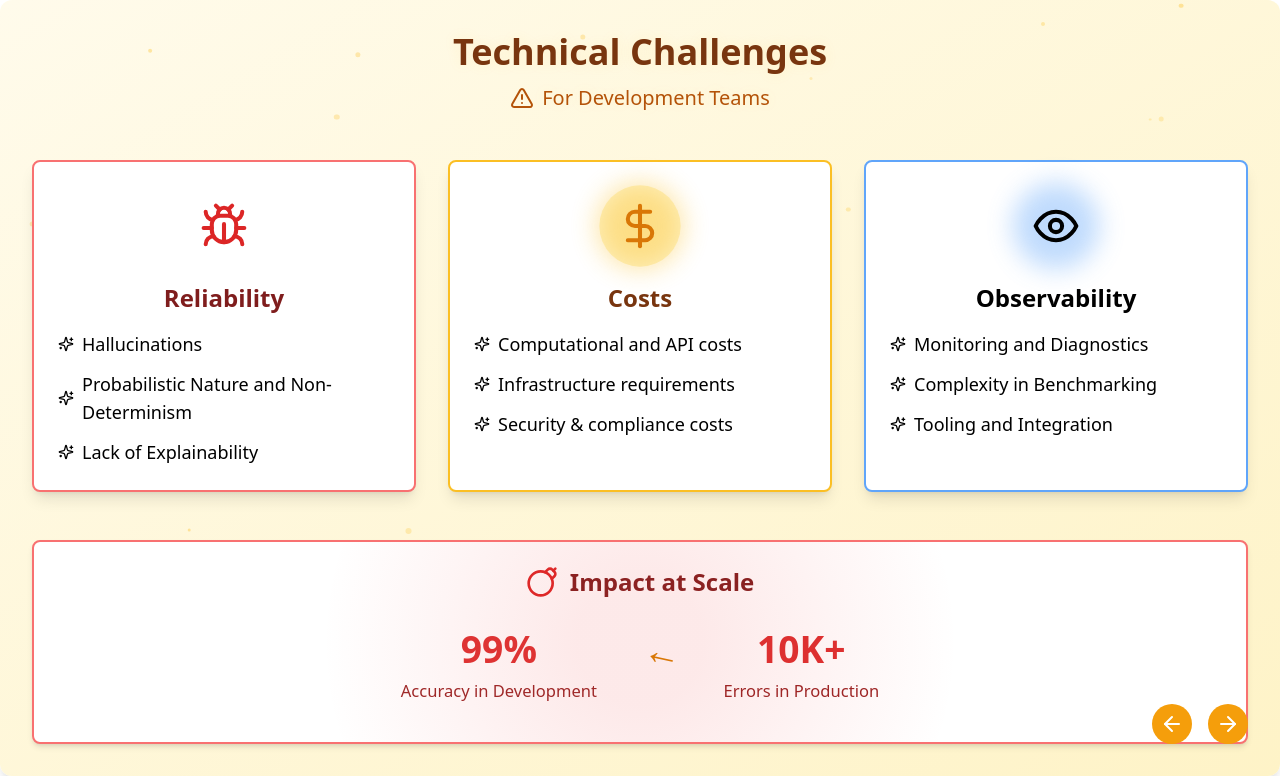
Repository: Galbaz1/dell_presentation
Page: /slide4
The author's editor kept a copy of each file at every save. The page is drawn from the files as they stood at one save, then again after the next save.
The browser window is 1280 px wide. The pictures show the whole page.
The project was rebuilt for these pictures with package versions that can differ from the ones it lists, and the page was loaded fresh each time. The framework's server and built-in components were replaced by stand-ins that run in the browser. Also part of the build but not shown: styles/animations/slide1.css, styles/animations/slide2.css.

Above is the page before, as saved 2024-11-13 13:00:50.

### pages/_app.tsx
import '../styles/globals.css'
import '../styles/animations/slide1.css'
import '../styles/animations/slide2.css'
import type { AppProps } from 'next/app'

function MyApp({ Component, pageProps }: AppProps) {
  return <Component {...pageProps} />
}

export default MyApp

### pages/slide4.tsx
import React, { useState, useEffect, useCallback } from 'react';
import { ArrowRight, ArrowLeft, Bug, Zap, Eye, AlertTriangle, DollarSign, Bomb, Gauge, Sparkles } from 'lucide-react';
import Link from 'next/link';
import { motion, AnimatePresence } from 'framer-motion';
import { useRouter } from 'next/router';

const Slide4: React.FC = () => {
  const router = useRouter();
  const [selectedChallenge, setSelectedChallenge] = useState<number | null>(null);
  const [hoveredChallenge, setHoveredChallenge] = useState<number | null>(null);

  const handleKeyDown = useCallback((event: KeyboardEvent) => {
    switch (event.key) {
      case 'ArrowLeft':
        router.push('/slide3');
        break;
      case 'ArrowRight':
        router.push('/slide5');
        break;
    }
  }, [router]);

  useEffect(() => {
    window.addEventListener('keydown', handleKeyDown);
    return () => window.removeEventListener('keydown', handleKeyDown);
  }, [handleKeyDown]);

  const challenges = [
    {
      icon: <Bug className="w-12 h-12" />,
      title: "Reliability",
      color: "red",
      items: [
        "Hallucinations",
        "Probabilistic Nature and Non-Determinism",
        "Lack of Explainability"
      ],
      animation: {
        hover: {
          scale: 1.05,
          rotate: [-1, 1, -1],
          transition: { duration: 0.3 }
        }
      }
    },
    {
      icon: <DollarSign className="w-12 h-12" />,
      title: "Costs",
      color: "amber",
      items: [
        "Computational and API costs",
        "Infrastructure requirements",
        "Security & compliance costs"
      ],
      animation: {
        hover: {
          scale: 1.05,
          y: [-2, 2, -2],
          transition: { duration: 0.3 }
        }
      }
    },
    {
      icon: <Eye className="w-12 h-12" />,
      title: "Observability",
      color: "blue",
      items: [
        "Monitoring and Diagnostics",
        "Complexity in Benchmarking",
        "Tooling and Integration"
      ],
      animation: {
        hover: {
          scale: 1.05,
          rotate: [0, 5, -5, 0],
          transition: { duration: 0.5 }
        }
      }
    }
  ];

  // Increase particle count and make them react to hover
  const particles = Array.from({ length: 30 }).map((_, i) => ({
    id: `particle-${i}`,
    x: Math.random() * 100,
    y: Math.random() * 100,
    size: Math.random() * 4 + 2,
    duration: Math.random() * 20 + 10,
    delay: Math.random() * 5
  }));

  const cardVariants = {
    initial: { y: 50, opacity: 0 },
    animate: (i: number) => ({
      y: 0,
      opacity: 1,
      transition: {
        duration: 0.5,
        delay: i * 0.6,
        ease: "easeOut"
      }
    }),
    hover: {
      y: -10,
      scale: 1.05,
      transition: {
        duration: 0.3,
        type: "spring",
        stiffness: 300
      }
    }
  };

  const particleVariants = {
    normal: {
      y: [0, -30, 0],
      x: [0, 15, 0],
      opacity: [0.2, 0.5, 0.2]
    },
    attracted: (index: number) => ({
      x: hoveredChallenge === null ? 0 : `${(index % 3 - 1) * 50}%`,
      y: hoveredChallenge === null ? 0 : `${(Math.floor(index / 3) % 3 - 1) * 50}%`,
      opacity: 0.6,
      scale: 1.5
    })
  };

  return (
    <div className="bg-gradient-to-br from-amber-50 to-amber-100 p-8 rounded-xl shadow-lg min-h-screen overflow-hidden relative">
      {/* Enhanced Floating Particles */}
      {particles.map((particle, i) => (
        <motion.div
          key={particle.id}
          className="absolute rounded-full bg-amber-400"
          style={{
            width: particle.size,
            height: particle.size,
            left: `${particle.x}%`,
            top: `${particle.y}%`,
            opacity: 0.2
          }}
          variants={particleVariants}
          animate={hoveredChallenge !== null ? "attracted" : "normal"}
          custom={i}
          transition={{
            duration: particle.duration,
            delay: particle.delay,
            repeat: Infinity,
            ease: "linear"
          }}
        />
      ))}

      {/* Header with glowing effect */}
      <motion.div
        className="mb-12 text-center relative"
        animate={{
          textShadow: ["0 0 10px rgba(251, 191, 36, 0)", "0 0 20px rgba(251, 191, 36, 0.3)", "0 0 10px rgba(251, 191, 36, 0)"]
        }}
        transition={{ duration: 2, repeat: Infinity }}
      >
        <h1 className="text-4xl font-bold text-amber-900 mb-3">Technical Challenges</h1>
        <p className="text-xl text-amber-700 flex items-center justify-center">
          <AlertTriangle className="w-6 h-6 mr-2" />
          For Development Teams
        </p>
      </motion.div>

      {/* Challenge Cards with Enhanced Interactions */}
      <div className="grid grid-cols-1 md:grid-cols-3 gap-8 mb-12 relative">
        {challenges.map((challenge, index) => (
          <motion.div
            key={challenge.title}
            className={`bg-white p-6 rounded-lg shadow-lg border-2
                        ${challenge.color === 'red' ? 'border-red-400' :
                          challenge.color === 'amber' ? 'border-amber-400' :
                          'border-blue-400'}
                        cursor-pointer transform transition-all duration-300 relative`}
            variants={cardVariants}
            custom={index}
            initial="initial"
            animate="animate"
            whileHover="hover"
            onClick={() => setSelectedChallenge(index)}
            onHoverStart={() => setHoveredChallenge(index)}
            onHoverEnd={() => setHoveredChallenge(null)}
          >
            {/* Glow effect on hover */}
            <motion.div
              className={`absolute inset-0 bg-${challenge.color}-200 rounded-lg filter blur-xl`}
              initial={{ opacity: 0 }}
              animate={{ opacity: hoveredChallenge === index ? 0.3 : 0 }}
            />

            <motion.div
              className={`w-20 h-20 rounded-full bg-${challenge.color}-100
                         flex items-center justify-center mb-4 mx-auto relative`}
              animate={{
                rotate: hoveredChallenge === index ? [0, 360] : 0,
                scale: [1, 1.1, 1]
              }}
              transition={{ duration: 3, repeat: Infinity }}
            >
              {/* Add glowing effect behind icon */}
              <motion.div
                className={`absolute inset-0 bg-${challenge.color}-400 rounded-full filter blur-md`}
                animate={{
                  scale: [1, 1.2, 1],
                  opacity: [0.3, 0.6, 0.3]
                }}
                transition={{ duration: 2, repeat: Infinity }}
              />
              <div className={`text-${challenge.color}-600 relative`}>
                {challenge.icon}
              </div>
            </motion.div>

            <motion.h2
              className={`text-2xl font-bold text-${challenge.color}-900 text-center mb-4`}
              animate={{ scale: selectedChallenge === index ? [1, 1.1, 1] : 1 }}
              transition={{ duration: 0.3 }}
            >
              {challenge.title}
            </motion.h2>

            <ul className="space-y-3">
              {challenge.items.map((item, i) => (
                <motion.li
                  key={i}
                  className="flex items-center text-lg"
                  initial={{ x: -10, opacity: 0 }}
                  animate={{ x: 0, opacity: 1 }}
                  transition={{
                    delay: index * 0.6 + 0.3 + (i * 0.1),  // Sync with parent card delay (0.6) + slight offset
                    duration: 0.3
                  }}
                >
                  <Sparkles className="w-4 h-4 mr-2 flex-shrink-0" />
                  {item}
                </motion.li>
              ))}
            </ul>
          </motion.div>
        ))}

        {/* Connecting lines between cards */}
        <svg
          className="absolute inset-0 w-full h-full pointer-events-none"
          style={{ zIndex: 0 }}
          viewBox="0 0 100 100"
        >
          <motion.path
            d="M 25% 50% L 75% 50%"
            stroke="rgba(251, 191, 36, 0.3)"
            strokeWidth="2"
            fill="none"
            initial={{ pathLength: 0 }}
            animate={{ pathLength: 1 }}
            transition={{ duration: 2, delay: 1 }}
          />
        </svg>
      </div>

      {/* Enhanced Impact Visualization */}
      <motion.div
        className="bg-white p-6 rounded-lg shadow-md border-2 border-red-400 mt-8 relative overflow-hidden"
        initial={{ opacity: 0, y: 50 }}
        animate={{ opacity: 1, y: 0 }}
        transition={{
          delay: 2.4,
          duration: 0.5
        }}
      >
        {/* Add dynamic background pattern */}
        <motion.div
          className="absolute inset-0 opacity-10"
          style={{
            backgroundImage: `radial-gradient(circle at 50% 50%, #ef4444 10%, transparent 50%)`
          }}
          animate={{
            scale: [1, 1.2, 1],
            opacity: [0.1, 0.2, 0.1]
          }}
          transition={{ duration: 3, repeat: Infinity }}
        />

        <div className="flex items-center justify-center mb-4">
          <Bomb className="w-8 h-8 text-red-600 mr-3" />
          <h2 className="text-2xl font-semibold text-red-900">Impact at Scale</h2>
        </div>
        <div className="flex items-center justify-center relative">
          <motion.div
            className="text-center p-4"
            animate={{
              scale: [1, 1.1, 1],
              opacity: [1, 0.8, 1]
            }}
            transition={{ duration: 2, repeat: Infinity }}
          >
            <div className="text-4xl font-bold text-red-600 mb-2">99%</div>
            <div className="text-red-800">Accuracy in Development</div>
          </motion.div>

          <motion.div
            className="mx-8 text-4xl text-amber-600"
            animate={{
              rotate: [0, 360],
              scale: [1, 1.2, 1]
            }}
            transition={{
              rotate: { duration: 4, repeat: Infinity },
              scale: { duration: 2, repeat: Infinity }
            }}
          >
            →
          </motion.div>

          <motion.div
            className="text-center p-4"
            animate={{
              scale: [1, 1.2, 1],
              opacity: [1, 0.7, 1]
            }}
            transition={{ duration: 3, repeat: Infinity }}
          >
            <div className="text-4xl font-bold text-red-600 mb-2">10K+</div>
            <div className="text-red-800">Errors in Production</div>
          </motion.div>
        </div>
      </motion.div>

      {/* Navigation */}
      <div className="absolute bottom-8 right-8 flex items-center space-x-4">
        <Link href="/slide3" className="bg-amber-500 hover:bg-amber-600 text-white p-2 rounded-full transition-colors">
          <ArrowLeft className="w-6 h-6" />
        </Link>
        <Link href="/slide5" className="bg-amber-500 hover:bg-amber-600 text-white p-2 rounded-full transition-colors">
          <ArrowRight className="w-6 h-6" />
        </Link>
      </div>
    </div>
  );
};

export default Slide4;

### styles/globals.css
@tailwind base;
@tailwind components;
@tailwind utilities;

@keyframes fallAndBounce {
  0% {
    transform: translateY(-100%) translateX(-50%);
  }
  70% {
    transform: translateY(140%) translateX(-50%);
  }
  75% {
    transform: translateY(130%) translateX(-50%);
  }
  80% {
    transform: translateY(135%) translateX(-50%);
  }
  85% {
    transform: translateY(128%) translateX(-50%);
  }
  90% {
    transform: translateY(132%) translateX(-50%);
  }
  100% {
    transform: translateY(0%) translateX(-50%);
  }
}

@keyframes developerFall {
  0%, 69% {
    transform: translateX(-50%) rotate(0deg);
  }
  100% {
    transform: translateX(100%) rotate(90deg);
  }
}

@keyframes pulsate {
  0% {
    transform: translateY(0%) translateX(-50%) scale(1);
  }
  8% {
    transform: translateY(0%) translateX(-50%) scale(1.15);
  }
  10% {
    transform: translateY(0%) translateX(-50%) scale(1.1);
  }
  18% {
    transform: translateY(0%) translateX(-50%) scale(1.35);
  }
  20% {
    transform: translateY(0%) translateX(-50%) scale(1.3);
  }
  28% {
    transform: translateY(0%) translateX(-50%) scale(1.55);
  }
  30% {
    transform: translateY(0%) translateX(-50%) scale(1.5);
  }
  38% {
    transform: translateY(0%) translateX(-50%) scale(1.75);
  }
  40% {
    transform: translateY(0%) translateX(-50%) scale(1.7);
  }
  48% {
    transform: translateY(0%) translateX(-50%) scale(1.95);
  }
  50% {
    transform: translateY(0%) translateX(-50%) scale(1.9);
  }
  100% {
    transform: translateY(0%) translateX(-50%) scale(2);
  }
}

@keyframes explodePiece {
  0% {
    transform: translate(0, 0) rotate(0);
    opacity: 1;
  }
  100% {
    transform: translate(var(--tx), 1000px) rotate(var(--tr));
    opacity: 0;
  }
}

.animate-fall-bounce {
  animation:
    fallAndBounce 3s cubic-bezier(0.4, 0, 0.2, 1) forwards,
    pulsate 8s cubic-bezier(0.4, 0, 0.2, 1) 5s forwards;
}

.animate-developer-fall {
  animation: developerFall 1.2s cubic-bezier(0.4, 0, 0.2, 1) forwards;
  animation-delay: 2.1s;
}

.explosion-piece {
  position: absolute;
  animation: explodePiece 2s cubic-bezier(0.4, 0, 0.2, 1) forwards;
  animation-delay: 16s; /* 5s wait + 8s growth + 3s wait */
}

### tailwind.config.js
/** @type {import('tailwindcss').Config} */
module.exports = {
  content: [
    "./pages/**/*.{js,ts,jsx,tsx}",
    "./components/**/*.{js,ts,jsx,tsx}",
    "./styles/**/*.css",
  ],
  theme: {
    extend: {},
  },
  plugins: [],
}

After the next save:
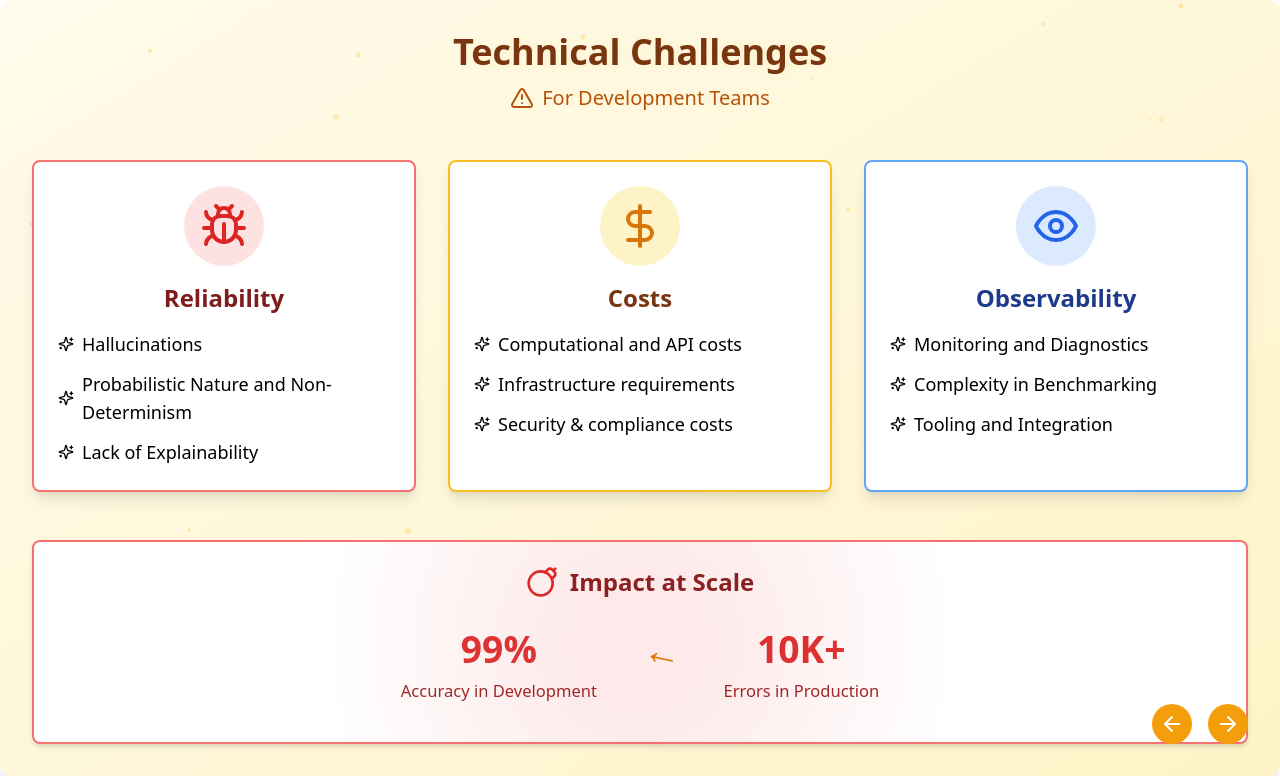
Saved 82 s later.
--- a/pages/slide4.tsx
+++ b/pages/slide4.tsx
@@ -90,23 +90,18 @@ const Slide4: React.FC = () => {
   }));
 
   const cardVariants = {
-    initial: { y: 50, opacity: 0 },
+    initial: { opacity: 0 },
     animate: (i: number) => ({
-      y: 0,
       opacity: 1,
       transition: {
         duration: 0.5,
-        delay: i * 0.6,
-        ease: "easeOut"
+        delay: i * 0.3
       }
     }),
     hover: {
-      y: -10,
-      scale: 1.05,
+      scale: 1.02,
       transition: {
-        duration: 0.3,
-        type: "spring",
-        stiffness: 300
+        duration: 0.2
       }
     }
   };
@@ -171,11 +166,11 @@ const Slide4: React.FC = () => {
         {challenges.map((challenge, index) => (
           <motion.div
             key={challenge.title}
-            className={`bg-white p-6 rounded-lg shadow-lg border-2
+            className={`bg-white p-6 rounded-lg shadow-lg border-2 h-full
                         ${challenge.color === 'red' ? 'border-red-400' :
                           challenge.color === 'amber' ? 'border-amber-400' :
                           'border-blue-400'}
-                        cursor-pointer transform transition-all duration-300 relative`}
+                        cursor-pointer`}
             variants={cardVariants}
             custom={index}
             initial="initial"
@@ -185,59 +180,31 @@ const Slide4: React.FC = () => {
             onHoverStart={() => setHoveredChallenge(index)}
             onHoverEnd={() => setHoveredChallenge(null)}
           >
-            {/* Glow effect on hover */}
-            <motion.div
-              className={`absolute inset-0 bg-${challenge.color}-200 rounded-lg filter blur-xl`}
-              initial={{ opacity: 0 }}
-              animate={{ opacity: hoveredChallenge === index ? 0.3 : 0 }}
-            />
-
-            <motion.div
-              className={`w-20 h-20 rounded-full bg-${challenge.color}-100
-                         flex items-center justify-center mb-4 mx-auto relative`}
-              animate={{
-                rotate: hoveredChallenge === index ? [0, 360] : 0,
-                scale: [1, 1.1, 1]
-              }}
-              transition={{ duration: 3, repeat: Infinity }}
-            >
-              {/* Add glowing effect behind icon */}
-              <motion.div
-                className={`absolute inset-0 bg-${challenge.color}-400 rounded-full filter blur-md`}
-                animate={{
-                  scale: [1, 1.2, 1],
-                  opacity: [0.3, 0.6, 0.3]
-                }}
-                transition={{ duration: 2, repeat: Infinity }}
-              />
-              <div className={`text-${challenge.color}-600 relative`}>
+            <div className={`w-20 h-20 rounded-full
+                            ${challenge.color === 'red' ? 'bg-red-100' :
+                              challenge.color === 'amber' ? 'bg-amber-100' :
+                              'bg-blue-100'}
+                            flex items-center justify-center mb-4 mx-auto`}>
+              <div className={`${challenge.color === 'red' ? 'text-red-600' :
+                                challenge.color === 'amber' ? 'text-amber-600' :
+                                'text-blue-600'}`}>
                 {challenge.icon}
               </div>
-            </motion.div>
-
-            <motion.h2
-              className={`text-2xl font-bold text-${challenge.color}-900 text-center mb-4`}
-              animate={{ scale: selectedChallenge === index ? [1, 1.1, 1] : 1 }}
-              transition={{ duration: 0.3 }}
-            >
+            </div>
+
+            <h2 className={`text-2xl font-bold text-center mb-4
+                            ${challenge.color === 'red' ? 'text-red-900' :
+                              challenge.color === 'amber' ? 'text-amber-900' :
+                              'text-blue-900'}`}>
               {challenge.title}
-            </motion.h2>
+            </h2>
 
             <ul className="space-y-3">
               {challenge.items.map((item, i) => (
-                <motion.li
-                  key={i}
-                  className="flex items-center text-lg"
-                  initial={{ x: -10, opacity: 0 }}
-                  animate={{ x: 0, opacity: 1 }}
-                  transition={{
-                    delay: index * 0.6 + 0.3 + (i * 0.1),  // Sync with parent card delay (0.6) + slight offset
-                    duration: 0.3
-                  }}
-                >
+                <li key={i} className="flex items-center text-lg">
                   <Sparkles className="w-4 h-4 mr-2 flex-shrink-0" />
                   {item}
-                </motion.li>
+                </li>
               ))}
             </ul>
           </motion.div>
